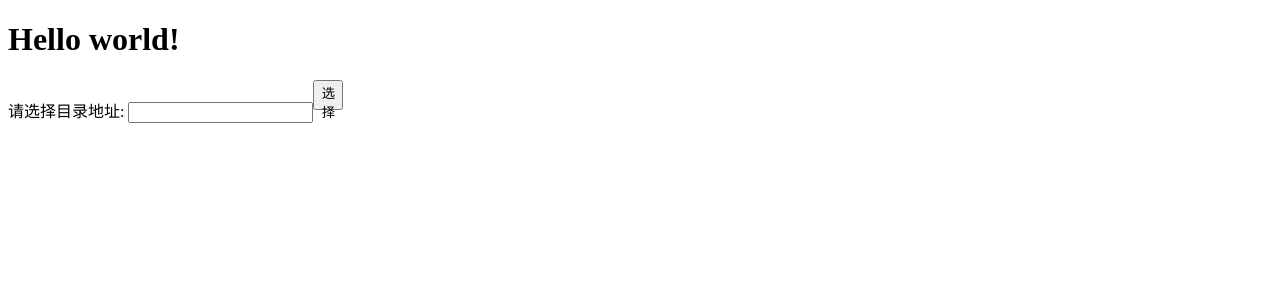
Repository: cjl1828103646/G25
Page: sqsx1/WebContent/index.html
An editor plug-in stored every save of this project. The page is shown before and after the next save, followed by the edit.
The browser window is 1280 px wide. The pictures show the whole page.

Above is the page before, as saved 2023-06-26 11:58:27.

### sqsx1/WebContent/index.html
<!DOCTYPE html>
<html>
<head>
<meta charset="UTF-8">
<title>Insert title here</title>
</head>
<body>
<h1>Hello world!</h1>
<p>请选择目录地址:  <input type="text"><button id=bt1 style="height:30px;width:30px;">选择</button></p>
</body>
</html>

After the next save:
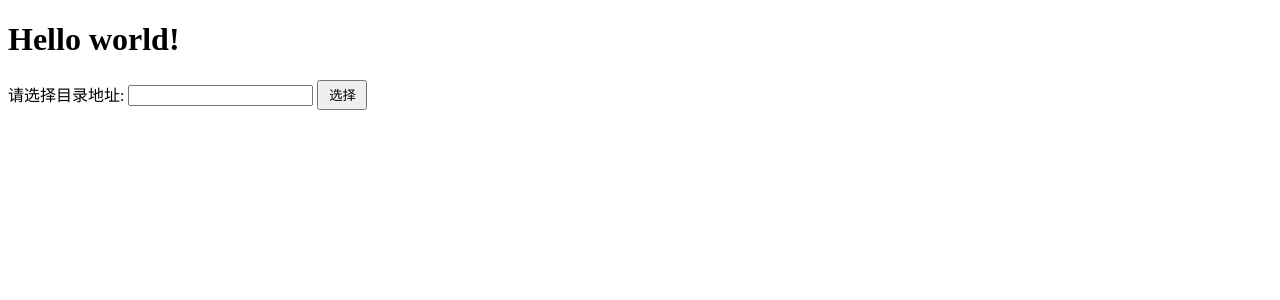
Saved 14 s later.
--- a/sqsx1/WebContent/index.html
+++ b/sqsx1/WebContent/index.html
@@ -6,6 +6,6 @@
 </head>
 <body>
 <h1>Hello world!</h1>
-<p>请选择目录地址:  <input type="text"><button id=bt1 style="height:30px;width:30px;">选择</button></p>
+<p>请选择目录地址:  <input type="text">  <button id=bt1 style="height:30px;width:50px;">选择</button></p>
 </body>
 </html>
